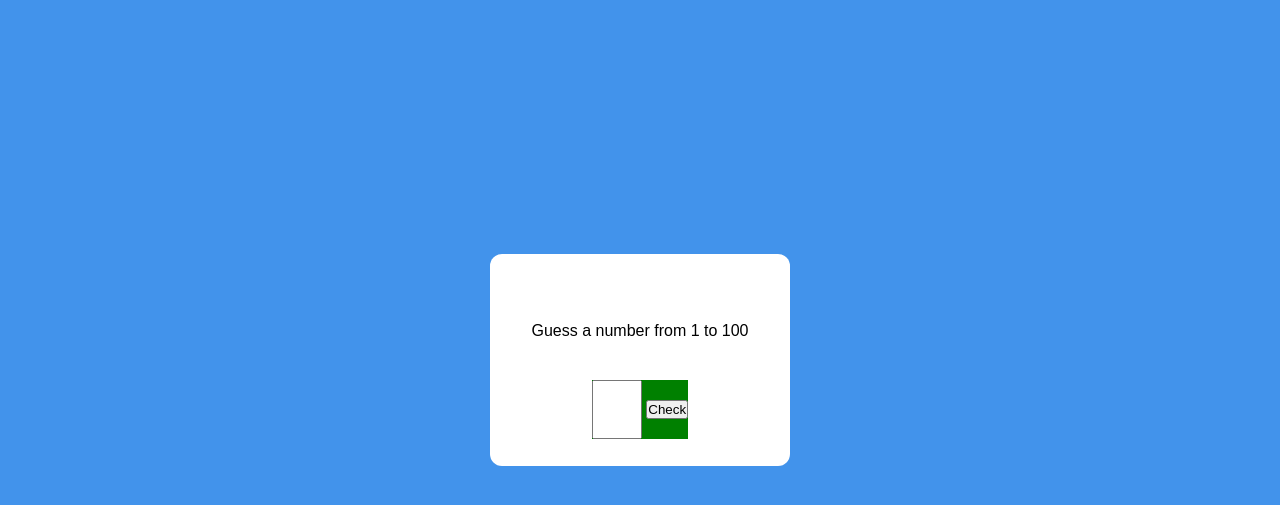
Repository: Ankitkr2021/Guess_Game
Page: index.html
The author's editor kept a copy of each file at every save. The page is drawn from the files as they stood at one save, then again after the next save.
The browser window is 1280 px wide. The pictures show the whole page.

Above is the page before, as saved 2025-09-30 17:17:27.

### index.html
<!DOCTYPE html>
<html lang="en">
<head>
    <meta charset="UTF-8">
    <meta name="viewport" content="width=device-width, initial-scale=1.0">
    <title>Document</title>
    <link rel="stylesheet" href="./style.css">
</head>
<body>
    <div class="box">
        <p>Guess a number from 1 to 100</p>
        <div class="same-line">
        <input type="number">
        <button type="submit">Check</button>
        </div>
    </div>
</body>
</html>

### style.css
@import url("https://fonts.googleapis.com/css2?family=Poppins:wght@300;400;500;600;700&display=swap">
);

*{
    margin: 0;
    padding: 0;
    box-sizing: border-box;
    font-family: 'Poppins',sans-serif;
}

body{
    display: flex;
    justify-content: center;
    align-items: center;
    height: 100vh;
    width: 100%;
    background: #4293eb;
}

.box{
    background: #fff;
    height: 212px;
    width: 300px;
    border-radius: 12px;
    display: flex;
    flex-direction: column;
    align-items: center;
    justify-content: center;
}

p{
    padding: 40px 20px;
}

.same-line {
    background: green;
}

input{
    padding: 20px;
    width: 50px;
}

After the next save:
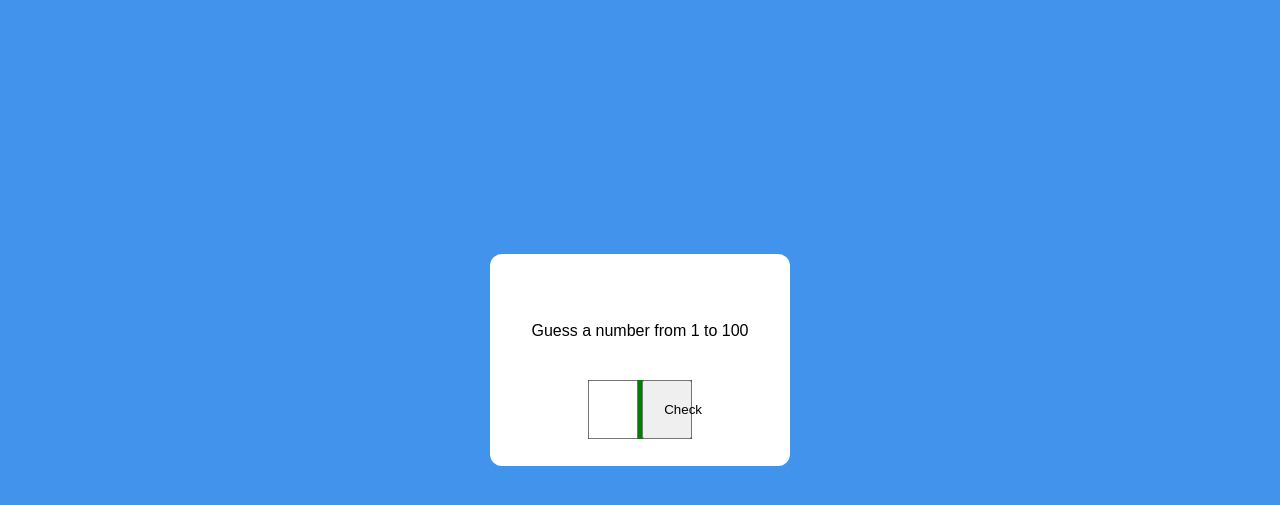
Saved 13 s later.
--- a/style.css
+++ b/style.css
@@ -40,3 +40,8 @@ input{
     padding: 20px;
     width: 50px;
 }
+
+button{
+    padding: 20px;
+    width: 50px;
+}
